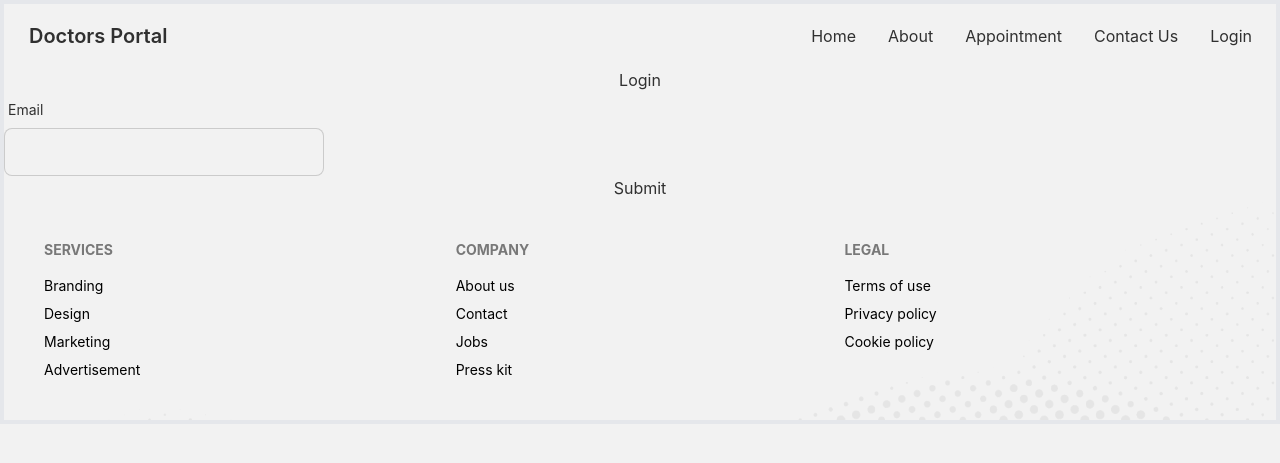
Repository: Samad77/Doctorportal-Client
Page: /login
The author's editor kept a copy of each file at every save. The page is drawn from the files as they stood at one save, then again after the next save.
The browser window is 1280 px wide. The pictures show the whole page.
The project was rebuilt for these pictures with package versions that can differ from the ones it lists, and the page was loaded fresh each time. Also part of the build but not shown: src/Pages/Appointment/BookingModal/BookingModal.js, src/Pages/Appointment/AppoinmentCard/AppoinmentCard.js, src/Pages/Appointment/AppointmentBanner/AppointmentBanner.js, src/Pages/Appointment/AvailavleAppoinment/AvailableAppoinment.js, src/Pages/Appointment/Appoinment/Appoinment.js, src/Components/PrimaryButton/PrimaryButton.js, src/Pages/Home/Banner/Banner.js, src/Pages/Home/Cards/Cards.js and 5 more.

Above is the page before, as saved 2022-11-15 10:59:11.

### src/index.js
import React from 'react';
import ReactDOM from 'react-dom/client';
import './index.css';
import App from './App';
import reportWebVitals from './reportWebVitals';
import 'react-day-picker/dist/style.css';
const root = ReactDOM.createRoot(document.getElementById('root'));
root.render(
  <React.StrictMode>
    <App />
  </React.StrictMode>
);

// If you want to start measuring performance in your app, pass a function
// to log results (for example: reportWebVitals(console.log))
// or send to an analytics endpoint. Learn more: https://bit.ly/CRA-vitals
reportWebVitals();

### src/App.js
import logo from './logo.svg';
import './App.css';
import {RouterProvider} from 'react-router-dom'
import router from './Layout/Routes/Routes';
import Cards from './Pages/Home/Cards/Cards';
function App() {
  return (
    <div className="App max-w-[1440px] mx-auto border-4">
      <RouterProvider router={router}>

      </RouterProvider>
    </div>
  );
}

export default App;

### src/Layout/Routes/Routes.js
import { createBrowserRouter } from "react-router-dom";
import Appoinment from "../../Pages/Appointment/Appoinment/Appoinment";
import Home from "../../Pages/Home/Home";
import Login from "../../Pages/Login/Login";
import Main from "../Main/Main";

const router = createBrowserRouter([
    {path : "/",
    element : <Main></Main>,
    children : [
        {path : '/', element : <Home></Home>,},
        {path: '/home', element : <Home></Home>},
        {path: '/login', element : <Login></Login>},
        {path : '/appointment', element: <Appoinment></Appoinment>}
    ]
    }
])

export default router;

### src/Pages/Login/Login.js
import React, { useState } from 'react';
import { useForm } from 'react-hook-form';

const Login = () => {
    const { register, handleSubmit } = useForm();
    const [data, setData] = useState("");

    return (
        <section className='w-full mx-auto'>
            <h1>Login</h1>
            <form onSubmit={handleSubmit((data) => setData(JSON.stringify(data)))} >

                <div className="form-control w-full max-w-xs">
                    <label className="label">
                        <span className="label-text">Email</span>
                    </label>
                    <input type="text" {...register("Email")} className="input input-bordered w-full max-w-xs"/>
                </div>
                {/* <select {...register("category", { required: true })}>
                    <option value="">Select...</option>
                    <option value="A">Option A</option>
                    <option value="B">Option B</option>
                </select> */}
                {/* <textarea {...register("aboutYou")} placeholder="About you" /> */}
                <p>{data}</p>
                <input type="submit" />
            </form>
        </section>
    );
};

export default Login;

### src/Layout/Main/Main.js
import React from 'react';
import Footer from '../../Pages/Shared/Footer/Footer';
import Navbar from '../../Pages/Shared/Navbar/Navbar';
import {Outlet} from 'react-router-dom'
const Main = () => {
    return (
        <div>
            <Navbar></Navbar>
                <Outlet></Outlet>
            <Footer></Footer>
        </div>
    );
};

export default Main;

### src/Pages/Shared/Footer/Footer.js
import React from 'react';
import footerImg from '../../../assets/images/footer.png'
const Footer = () => {
    return (
        <footer className="footer p-10 text-black" style={{background : `url(${footerImg})`, backgroundSize: "cover"}}>
  <div>
    <span className="footer-title">Services</span>
    <a className="link link-hover">Branding</a>
    <a className="link link-hover">Design</a>
    <a className="link link-hover">Marketing</a>
    <a className="link link-hover">Advertisement</a>
  </div>
  <div>
    <span className="footer-title">Company</span>
    <a className="link link-hover">About us</a>
    <a className="link link-hover">Contact</a>
    <a className="link link-hover">Jobs</a>
    <a className="link link-hover">Press kit</a>
  </div>
  <div>
    <span className="footer-title">Legal</span>
    <a className="link link-hover">Terms of use</a>
    <a className="link link-hover">Privacy policy</a>
    <a className="link link-hover">Cookie policy</a>
  </div>
</footer>
    );
};

export default Footer;

### src/Pages/Shared/Navbar/Navbar.js
import React from 'react';
import {Link} from 'react-router-dom'
const Navbar = () => {

    const menuItems =

    <React.Fragment>
        <li><Link to="/home">Home</Link></li>
        <li><Link to="/about">About</Link></li>
        <li><Link to="/appointment">Appointment</Link></li>
        <li><Link to="/contact">Contact Us</Link></li>
        <li><Link to="/login">Login</Link></li>
    </React.Fragment>

    return (
        <div className="navbar bg-base-100 flex justify-between">
  <div className="navbar-start">
    <div className="dropdown">
      <label tabIndex={0} className="btn btn-ghost lg:hidden">
        <svg xmlns="http://www.w3.org/2000/svg" className="h-5 w-5" fill="none" viewBox="0 0 24 24" stroke="currentColor"><path strokeLinecap="round" strokeLinejoin="round" strokeWidth="2" d="M4 6h16M4 12h8m-8 6h16" /></svg>
      </label>
      <ul tabIndex={0} className="menu menu-compact dropdown-content mt-3 p-2 shadow rounded-box w-52">
            {menuItems}
      </ul>
    </div>
    <Link to='/' className="btn btn-ghost normal-case text-xl">Doctors Portal</Link>
  </div>
  <div className="navbar-center hidden lg:flex">
    <ul className="menu menu-horizontal p-0">
        {menuItems}
    </ul>
  </div>

</div>
    );
};

export default Navbar;

### tailwind.config.js
/** @type {import('tailwindcss').Config} */
module.exports = {
  content: ["./src/**/*.{js,jsx,ts,tsx}"],
  theme: {
    extend: {},
  },
  daisyui : {
    themes : [

    {
      doctorThemes: {

primary: "#0FCFEC",

secondary: "#19D3AE",

neutral: "#3A4256",

"base-100": "#F2F2F2",

      },
    },
  ]
  },
  plugins: [require("daisyui")],
}

Loaded but not shown: public/index.html (common file); src/index.css (common file); src/reportWebVitals.js (common file); src/App.css (common file)

After the next save:
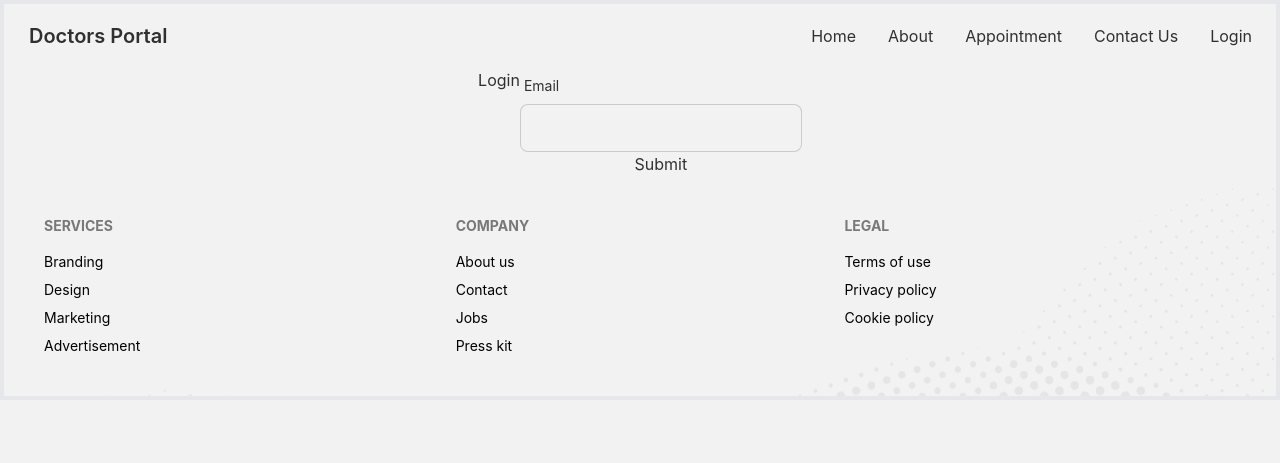
Saved 18 s later.
--- a/src/Pages/Login/Login.js
+++ b/src/Pages/Login/Login.js
@@ -6,7 +6,7 @@ const Login = () => {
     const [data, setData] = useState("");
 
     return (
-        <section className='w-full mx-auto'>
+        <section className='w-full mx-auto flex justify-center'>
             <h1>Login</h1>
             <form onSubmit={handleSubmit((data) => setData(JSON.stringify(data)))} >
 
